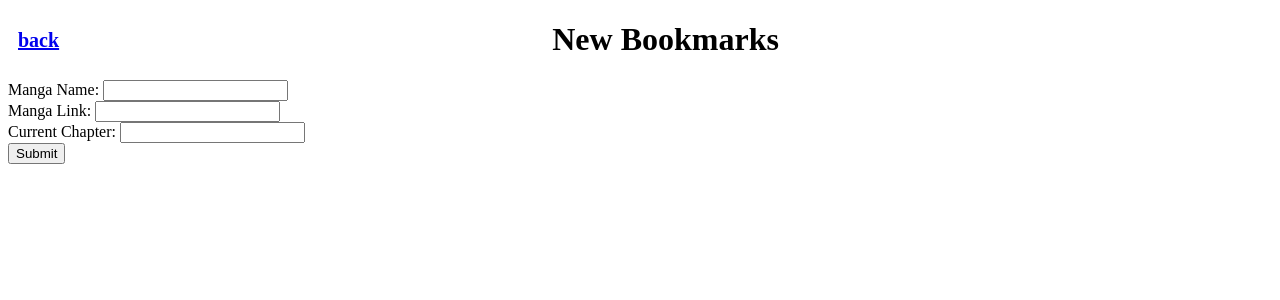
Repository: PA055/Manga-Bookmarks
Page: new.html
The author's editor kept a copy of each file at every save. The page is drawn from the files as they stood at one save, then again after the next save.
The browser window is 1280 px wide. The pictures show the whole page.

Above is the page before, as saved 2023-03-11 12:02:33.
Console error: ReferenceError: $ is not defined

After the next save:
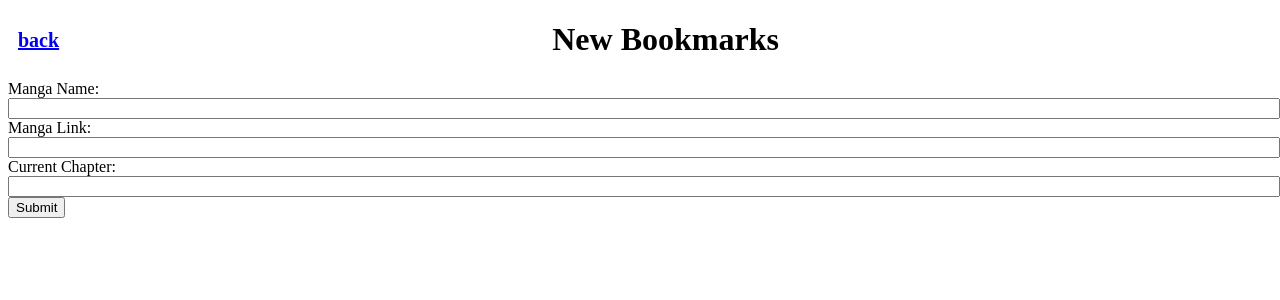
Saved 29 s later.
--- a/main.css
+++ b/main.css
@@ -27,7 +27,7 @@ h1 {
 }
 
 .input {
-    wid
+    width: 100%;
 }
 
 @media only screen and (max-width: 400px) {
